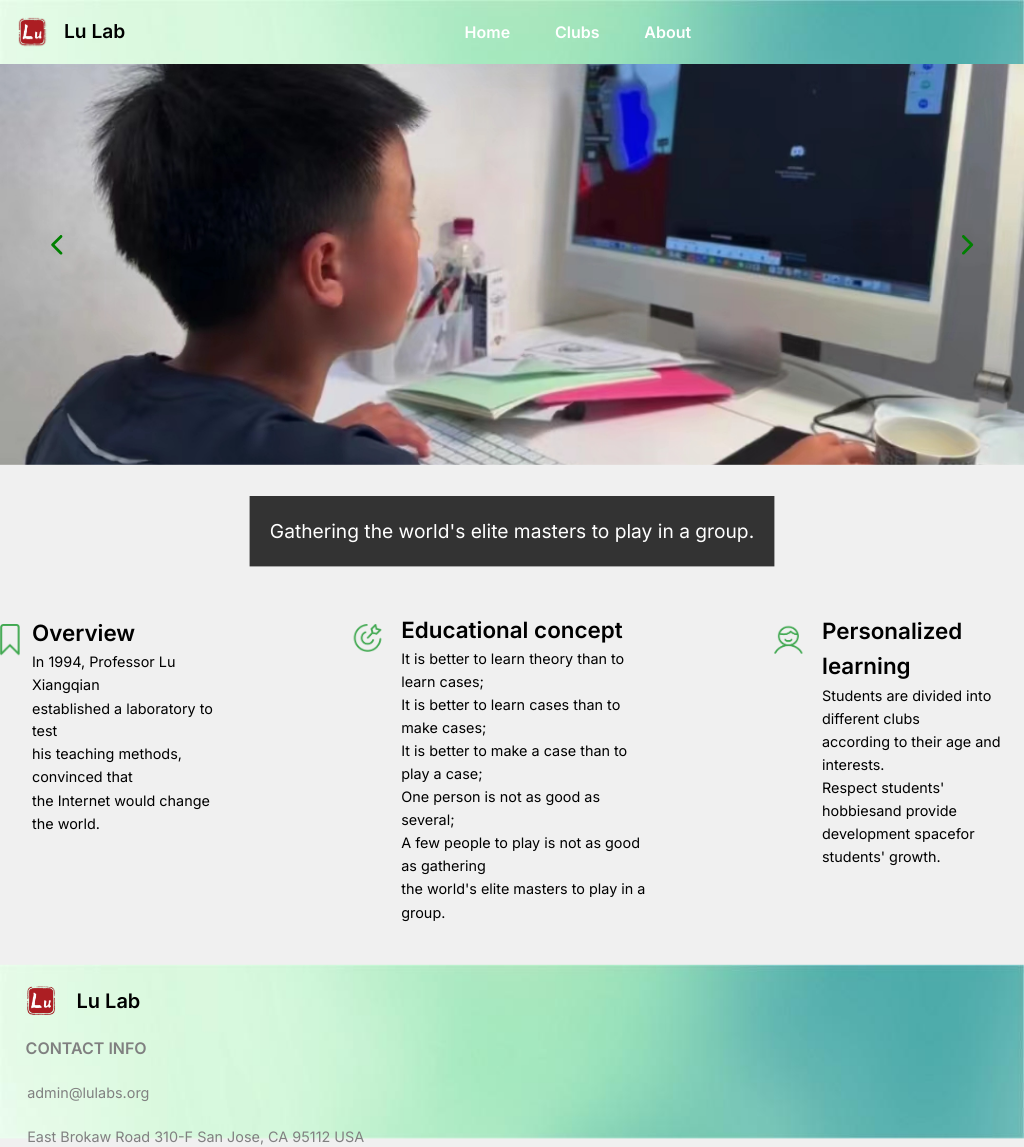
Repository: proflulab/lulab_website_next_js
Page: /
The author's editor kept a copy of each file at every save. The page is drawn from the files as they stood at one save, then again after the next save.
The browser window is 1280 px wide. The pictures show the whole page, at 80% of full size.
The project was rebuilt for these pictures with package versions that can differ from the ones it lists, and the page was loaded fresh each time. The framework's server and built-in components were replaced by stand-ins that run in the browser. Also part of the build but not shown: next.config.js, next.config.mjs.

Above is the page before, as saved 2023-12-27 21:27:57.

### app/layout.tsx
import type { Metadata } from "next";
import { Inter } from "next/font/google";
import "./globals.css";

const inter = Inter({ subsets: ["latin"] });

export const metadata: Metadata = {
  title: "Lu Lab",
  description: "Lu Lab",
};

export default function RootLayout({
  children,
}: {
  children: React.ReactNode;
}) {
  return (
    <html lang="en">
      <body className={inter.className}>{children}</body>
    </html>
  );
}

### app/page.tsx
"use client";
import "./globals.css"; // 引入全局 CSS 文件

import React, { useState, useEffect, useRef } from "react";
import { FontAwesomeIcon } from "@fortawesome/react-fontawesome";
import {
  faChevronLeft,
  faChevronRight,
} from "@fortawesome/free-solid-svg-icons";
import Image from "next/image";

import Navbar from "./title/page";
import End from "./title/end";

// export default Navbar;

const Home: React.FC = () => {
  const [images, setImages] = useState<string[]>([]);
  const [currentImageIndex, setCurrentImageIndex] = useState<number>(0);

  useEffect(() => {
    const imageUrls = ["image3.jpg", "xueyuan.jpg", "image1.jpg"];
    setImages(imageUrls);
  }, []);

  useEffect(() => {
    const interval = setInterval(() => {
      setCurrentImageIndex((prevIndex) =>
        prevIndex === images.length - 1 ? 0 : prevIndex + 1
      );
    }, 5000);

    return () => clearInterval(interval);
  }, [images]);

  const showNextImage = () => {
    setCurrentImageIndex((prevIndex) =>
      prevIndex === images.length - 1 ? 0 : prevIndex + 1
    );
  };

  const showPreviousImage = () => {
    setCurrentImageIndex((prevIndex) =>
      prevIndex === 0 ? images.length - 1 : prevIndex - 1
    );
  };
  const [windowWidth, setWindowWidth] = useState<number>(0);

  const [isMobile, setIsMobile] = useState<boolean>(false);

  useEffect(() => {
    const handleResize = () => {
      const width = window.innerWidth;
      setIsMobile(width <= 768);
    };

    handleResize(); // 初始化时调用一次，设置初始的 isMobile 值

    window.addEventListener("resize", handleResize);

    return () => {
      window.removeEventListener("resize", handleResize);
    };
  }, []); // 空数组作为依赖，确保只在组件挂载时执行一次

  return (
    <>
      <Navbar />
      <div
        style={{
          display: "flex",
          flexDirection: "column",
          alignItems: "center",
        }}
      >
        <div
          style={{
            position: "relative",
            width: "100%",
            height: "85vh",
            maxWidth: "100%",
            maxHeight: "85vh",
          }}
        >
          {images.length > 0 && (
            // eslint-disable-next-line @next/next/no-img-element
            <img
              src={images[currentImageIndex]}
              alt={`Image ${currentImageIndex + 1}`}
              style={{
                width: "100%",
                height: "95%",
                objectFit: "cover",
                ...(isMobile
                  ? {
                      height: "75vh",
                      width: "100%",
                      objectFit: "cover",
                    }
                  : {}),
              }}
            />
          )}
          <div
            style={{
              position: "absolute",
              top: "50%",
              transform: "translateY(-50%)",
              left: "5%",
              right: "5%",
              display: "flex",
              justifyContent: "space-between",
            }}
          >
            <button
              onClick={showPreviousImage}
              style={{ color: "green", fontWeight: "bold", fontSize: "28px" }}
            >
              <FontAwesomeIcon icon={faChevronLeft} />
            </button>
            <button
              onClick={showNextImage}
              style={{ color: "green", fontWeight: "bold", fontSize: "28px" }}
            >
              <FontAwesomeIcon icon={faChevronRight} />
            </button>
          </div>
        </div>

        <div
          style={{
            position: "absolute",
            top: isMobile ? "400px" : "620px",
            justifyContent: "space-between",

            backgroundColor: "#333333",
            color: "#fff",
            padding: "25px",
            zIndex: 1,
            width: isMobile ? "80%" : "auto", // 根据屏幕大小更新宽度
          }}
        >
          <p style={{ fontSize: isMobile ? "20px" : "24px" }}>
            Gathering the world&apos;s elite masters to play in a group.
          </p>
        </div>

        <div
          style={{
            fontWeight: "bold",
            fontSize: "45px",
            color: "#000000",
            textAlign: "center",
            marginTop: "40px",
            marginBottom: "40px",
          }}
        >
          Welcome to Lu Lab
        </div>
        {isMobile && (
          <>
            <div
              style={{
                marginBottom: "20px",
                display: "flex",
                alignItems: "flex-start",
              }}
            >
              <Image
                src="/Overview.png"
                alt=""
                width={25}
                height={35}
                style={{ marginLeft: "-30px" }}
              />
              <div style={{ marginLeft: "15px" }}>
                <p
                  style={{
                    fontSize: "28px",
                    fontWeight: "600",
                    marginBottom: "5px",
                    marginTop: "-5px",
                  }}
                >
                  Overview
                </p>
                <p
                  style={{
                    fontSize: "18px",
                    fontWeight: "400",
                    lineHeight: "1.5",
                  }}
                >
                  In 1994, Professor Lu Xiangqian
                  <br /> established a laboratory to test
                  <br />
                  his teaching methods, convinced that
                  <br /> the Internet would change the world. <br />
                </p>
              </div>
            </div>

            <div
              style={{
                marginBottom: "20px",
                display: "flex",
                alignItems: "flex-start",
              }}
            >
              <Image
                src="/Edu.png"
                alt=""
                width={35}
                height={35}
                style={{ marginLeft: "35px" }}
              />
              <div style={{ marginLeft: "15px" }}>
                <p
                  style={{
                    fontSize: "28px",
                    fontWeight: "600",
                    marginBottom: "5px",
                    marginTop: "-5px",
                  }}
                >
                  Educational concept
                </p>
                <p
                  style={{
                    fontSize: "18px",
                    fontWeight: "400",
                    lineHeight: "1.5",
                  }}
                >
                  It is better to learn theory than to learn cases;
                  <br />
                  It is better to learn cases than to make cases;
                  <br />
                  It is better to make a case than to play a case;
                  <br />
                  One person is not as good as several;
                  <br />
                  A few people to play is not as good as gathering
                  <br />
                  the world&apos;s elite masters to play in a group.
                </p>
              </div>
            </div>

            <div
              style={{
                marginBottom: "20px",
                display: "flex",
                alignItems: "flex-start",
              }}
            >
              <Image
                src="/Person.png"
                alt=""
                width={35}
                height={35}
                style={{ marginLeft: "-15px" }}
              />
              <div style={{ marginLeft: "15px" }}>
                <p
                  style={{
                    fontSize: "28px",
                    fontWeight: "600",
                    marginBottom: "5px",
                    marginTop: "-5px",
                  }}
                >
                  Personalized learning
                </p>
                <p
                  style={{
                    fontSize: "18px",
                    fontWeight: "400",
                    lineHeight: "1.5",
                  }}
                >
                  Students are divided into different clubs
                  <br />
                  according to their age and interests.
                  <br />
                  Respect students&apos; hobbies and provide
                  <br />
                  development space for students&apos; growth.
                </p>
              </div>
            </div>
          </>
        )}

        {!isMobile && (
          <div
            style={{
              display: "flex",
              justifyContent: "left",
              marginTop: "20px",
            }}
          >
            <div style={{ flex: "1", marginRight: "160px" }}>
              <Image src="/Overview.png" alt="" width={25} height={35} />
              <div style={{ marginLeft: "40px" }}>
                <p
                  style={{
                    color: "black",
                    fontSize: "28px",
                    fontWeight: "600",
                    marginTop: "-50px",
                    textAlign: "left",
                  }}
                >
                  Overview
                </p>
                <p
                  style={{
                    color: "black",
                    fontSize: "18px",
                    fontWeight: "400",
                    textAlign: "left",
                  }}
                >
                  In 1994, Professor Lu Xiangqian
                  <br /> established a laboratory to test
                  <br />
                  his teaching methods, convinced that
                  <br /> the Internet would change the world. <br />
                </p>
              </div>
            </div>
            <div style={{ flex: "1.3", marginRight: "160px" }}>
              {" "}
              <Image src="/Edu.png" alt="" width={35} height={35} />
              <div style={{ marginLeft: "60px" }}>
                <p
                  style={{
                    color: "black",
                    fontSize: "28px",
                    fontWeight: "600",
                    marginTop: "-50px",
                    textAlign: "left",
                  }}
                >
                  Educational concept
                </p>
                <p
                  style={{
                    color: "black",
                    fontSize: "18px",
                    fontWeight: "400",
                    textAlign: "left",
                  }}
                >
                  It is better to learn theory than to learn cases;
                  <br /> It is better to learn cases than to make cases;
                  <br /> It is better to make a case than to play a case;
                  <br /> One person is not as good as several;
                  <br /> A few people to play is not as good as gathering
                  <br /> the world&apos;s elite masters to play in a group.
                </p>
              </div>
            </div>
            <div style={{ flex: "1.11" }}>
              <Image src="/Person.png" alt="" width={35} height={35} />
              <div style={{ marginLeft: "60px" }}>
                <p
                  style={{
                    color: "black",
                    fontSize: "28px",
                    fontWeight: "600",
                    marginTop: "-50px",
                    textAlign: "left",
                  }}
                >
                  Personalized learning
                </p>
                <p
                  style={{
                    color: "black",
                    fontSize: "18px",
                    fontWeight: "400",
                    textAlign: "left",
                  }}
                >
                  Students are divided into different clubs
                  <br /> according to their age and interests.
                  <br /> Respect students&apos; hobbiesand provide
                  <br /> development spacefor students&apos; growth.
                </p>
              </div>
            </div>
          </div>
        )}

        <hr
          style={{
            marginBottom: "50px",
          }}
        />
        <End />
      </div>
    </>
  );
};

export default Home;

### app/globals.css
@tailwind base;
@tailwind components;
@tailwind utilities;
/* 全局样式 */
body {
  font-family: Arial, sans-serif;
  margin: 0;
  padding: 0;
  background-color: #f0f0f0;
  color: #333;
}

h1 {
  font-size: 2em;
  margin-bottom: 20px;
}

p {
  font-size: 16px;
  line-height: 1.5;
}

/* 媒体查询 */
/* 在小屏幕上应用的样式 */
/* globals.css 或者其他全局CSS文件 */
/* 在文件中添加媒体查询样式 */

/* 较小屏幕尺寸下调整内容位置 */
@media (max-width: 768px) {
  .additional-content {
    top: 550px; /* 调整顶部位置 */
    padding: 15px; /* 调整内边距 */
  }
}

/* 更小屏幕尺寸下调整内容位置 */
@media (max-width: 480px) {
  .additional-content {
    top: 500px; /* 更进一步调整顶部位置 */
    padding: 10px; /* 更进一步调整内边距 */
  }
}

/* 更多媒体查询和样式 */

@media (max-width: 768px) {
  body {
    font-size: 14px;
  }

  h1 {
    font-size: 1.5em;
    margin-bottom: 15px;
  }

  p {
    font-size: 14px;
    line-height: 1.4;
  }
}

/* 在更小的屏幕上应用的样式 */
@media (max-width: 480px) {
  body {
    font-size: 12px;
  }

  h1 {
    font-size: 1.2em;
    margin-bottom: 10px;
  }

  p {
    font-size: 12px;
    line-height: 1.3;
  }
}

/* 在大屏幕上应用的样式 */
@media (min-width: 1200px) {
  body {
    font-size: 18px;
  }

  h1 {
    font-size: 2.5em;
    margin-bottom: 25px;
  }

  p {
    font-size: 18px;
    line-height: 1.6;
  }
}

/* 更多自定义样式和媒体查询可以按需添加 */

### app/title/end.tsx
"use client";
import Link from "next/link";
import { useState, useEffect, useRef } from "react";
import Image from "next/image";
const End: React.FC = () => {
  return (
    <div style={{ position: "relative" }}>
      <Image src="/title.jpg" alt="" height="230" width="1700" />
      <div
        style={{
          position: "absolute",
          top: "20px",
          left: "2%",
          display: "flex",
          alignItems: "center",
        }}
      >
        <Image src="/logo.png" alt="" height="50" width="50" />
        <p
          style={{
            color: "black",
            fontSize: "25px",
            fontWeight: "600",
            marginLeft: "20px",
          }}
        >
          Lu Lab
        </p>
      </div>
      <div
        style={{
          position: "absolute",
          top: "90px",
          left: "2.5%",
          textAlign: "left",
        }}
      >
        <div
          style={{
            color: "grey",
            fontSize: "20px",
            fontWeight: "600",
          }}
        >
          CONTACT INFO
        </div>
        <div
          style={{
            color: "grey",
            fontSize: "18px",
            fontWeight: "400",
            marginLeft: "2px",
            textAlign: "left",
          }}
        >
          <br />
          admin@lulabs.org
          <br />
          <br />
          East Brokaw Road 310-F San Jose, CA 95112 USA <br />
        </div>
      </div>
    </div>
  );
};
export default End;

Loaded but not shown: tailwind.config.ts (common file); app/title/page.tsx (272 lines, source omitted)

After the next save:
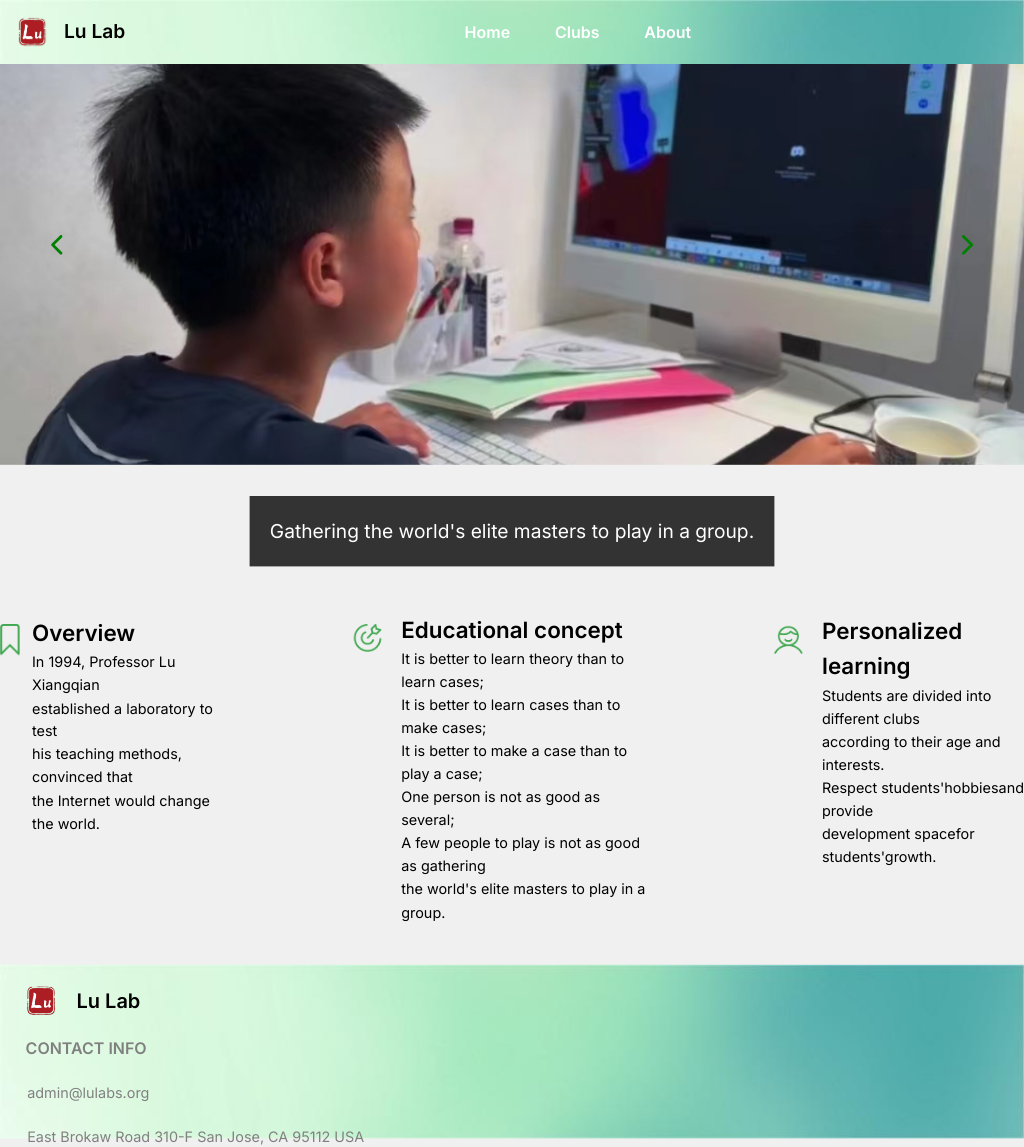
Saved 25 s later.
--- a/app/page.tsx
+++ b/app/page.tsx
@@ -386,8 +386,8 @@
                 >
                   Students are divided into different clubs
                   <br /> according to their age and interests.
-                  <br /> Respect students&apos; hobbiesand provide
-                  <br /> development spacefor students&apos; growth.
+                  <br /> Respect students&apos;hobbiesand provide
+                  <br /> development spacefor students&apos;growth.
                 </p>
               </div>
             </div>

After the save that followed:
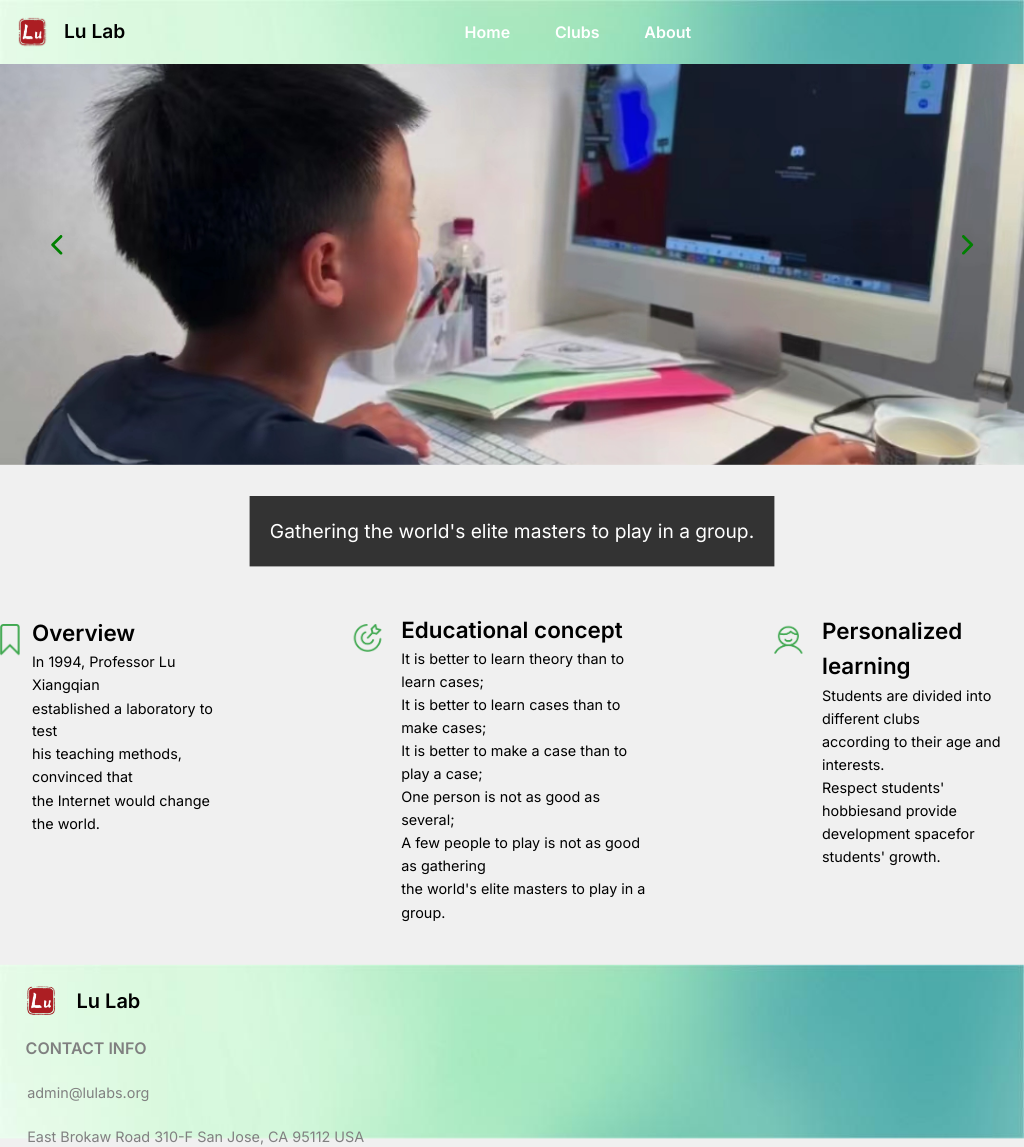
Saved 7 s later.
--- a/app/page.tsx
+++ b/app/page.tsx
@@ -386,8 +386,8 @@
                 >
                   Students are divided into different clubs
                   <br /> according to their age and interests.
-                  <br /> Respect students&apos;hobbiesand provide
-                  <br /> development spacefor students&apos;growth.
+                  <br /> Respect students&apos; hobbiesand provide
+                  <br /> development spacefor students&apos; growth.
                 </p>
               </div>
             </div>
